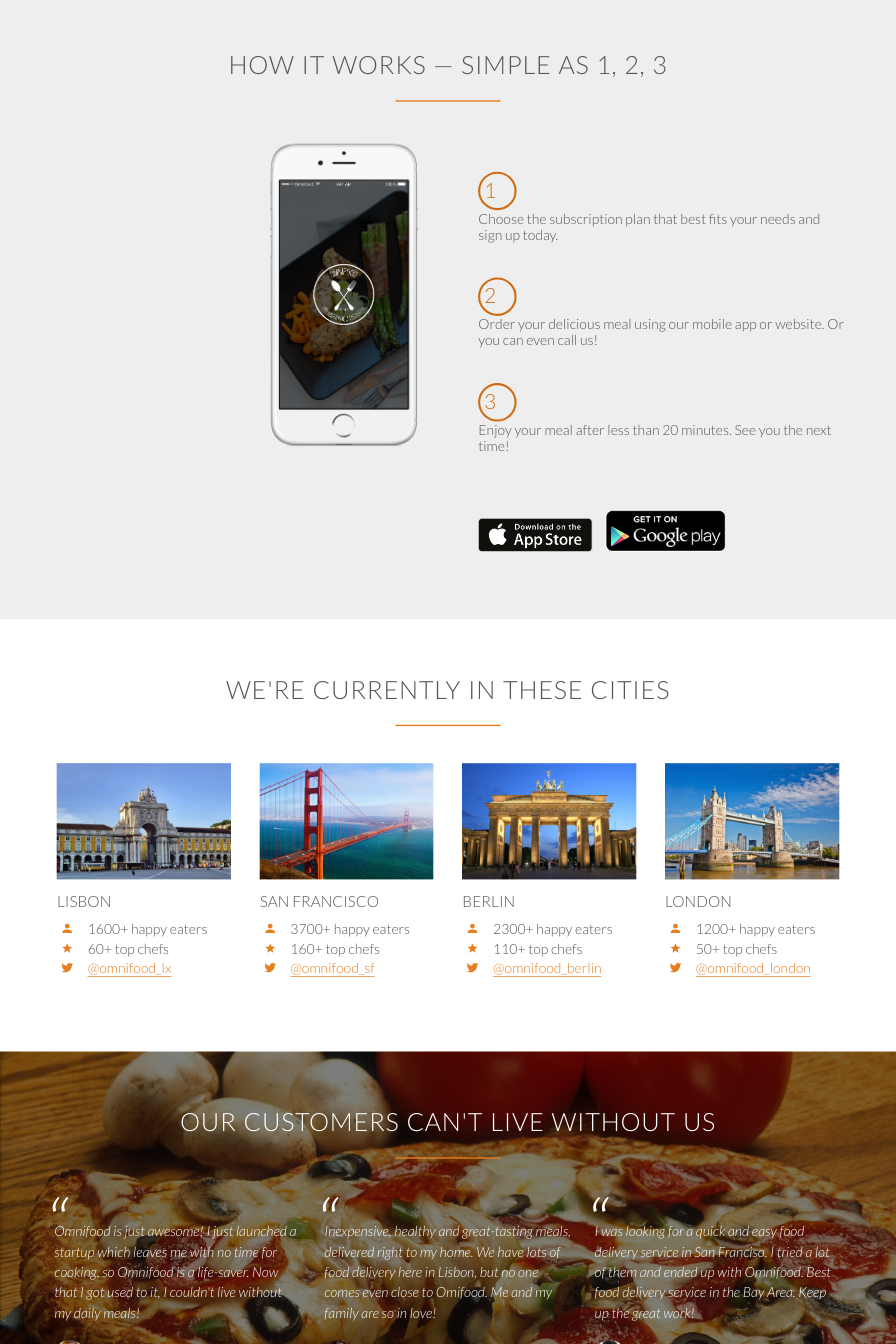
Repository: MagimbiJr/omnifoodClone
Page: index.html
An editor plug-in stored every save of this project. The page is shown before and after the next save, followed by the edit.
The browser window is 1280 px wide. The pictures show the part of the page from y = 1915 to 3835 px (the page is 4671 px tall before and 4520 px after), at 70% of full size.
Backgrounds fixed to the window are drawn as part of the page.

Above is the page before, as saved 2020-07-05 18:52:44.

### index.html
<!DOCTYPE html>
<html lang="en">

    <head>
        <link rel="stylesheet" type="text/css" href="Vendors/css/normalize.css">
        <link rel="stylesheet" type="text/css" href="Vendors/css/grid.css">
        <link rel="stylesheet" type="text/css" href="Resources/css/style.css">
        <link href="https://fonts.googleapis.com/css?family=Lato:100,300,300i,400&display=swap" rel="stylesheet">
        <title>Omnifood</title>
    </head>

    <body>

        <header>

            <nav>
                <div class="row">
                    <a href="#"><img class="logo" src="Resources/img/logo-white.png" alt="Omnifood"></a>
                    <ul class="main-nav">
                        <li><a href="#">Food delivery </a></li>
                        <li><a href="#">How it works</a></li>
                        <li><a href="#">Our cities </a></li>
                        <li><a href="#">Sign up</a></li>
                    </ul>
                </div>
            </nav>

            <div class="hero-text-box">
                <h1>Goodbye junk food.<br> Hello super healthy meals.</h1>
                <a class="btn btn-full" href="#">I’m hungry </a>
                <a class="btn btn-outline" href="#">Show me more </a>
            </div>
        </header>

        <section class="section-features">

            <div class="row">
                <h2>Get food fast &mdash; not fast food.</h2>
                <p class="long-copy">Hello, we’re Omnifood, your new premium food delivery service. We know you’re always busy. No time for cooking. So let us take care of that, we’re really good at it, we promise!</p>
            </div>
            <div class="row">
                <div class="col span-1-of-4 box">
                    <ion-icon name="infinite" class="icon-big"></ion-icon>
                    <h3>Up to 365 days/year</h3>
                    <p>Never cook again! We really mean that. Our subscription plans include up to 365 days/year coverage. You can also choose to order more flexibly if that's your style.</p>
                </div>
                <div class="col span-1-of-4 box">
                    <ion-icon name="stopwatch" class="icon-big"></ion-icon>
                    <h3>Ready in 20 minutes</h3>
                    <p>You're only twenty minutes away from your delicious and super healthy meals delivered right to your home. We work with the best chefs in each town to ensure that you're 100% happy.</p>
                </div>
                <div class="col span-1-of-4 box">
                    <ion-icon name="nutrition" class="icon-big"></ion-icon>
                    <h3>100% organic</h3>
                    <p>All our vegetables are fresh, organic and local. Animals are raised without added hormones or antibiotics. Good for your health, the environment, and it also tastes better!</p>
                </div>
                <div class="col span-1-of-4 box">
                    <ion-icon name="cart" class="icon-big"></ion-icon>
                    <h3>Order anything</h3>
                    <p>We don't limit your creativity, which means you can order whatever you feel like. You can also choose from our menu containing over 100 delicious meals. It's up to you!</p>
                </div>
            </div>

        </section>

        <section class="section-meals">
            <ul class="meals-showcase clearfix">
                <li>
                    <figure class="meal">
                        <img src="Resources/img/1.jpg" alt="Korean bibimbap with egg and vegetables">
                    </figure>
                </li>
                <li>
                    <figure class="meal">
                        <img src="Resources/img/2.jpg" alt="Simple italian pizza with cherry tomatoes">
                    </figure>
                </li>
                <li>
                    <figure class="meal">
                        <img src="Resources/img/3.jpg" alt="Chicken breast steak with vegetables ">
                    </figure>
                </li>
                <li>
                    <figure class="meal">
                        <img src="Resources/img/4.jpg" alt="Autumn pumpkin soup">
                    </figure>
                </li>
            </ul>
            <ul class="meals-showcase clearfix">
                <li>
                    <figure class="meal">
                         <img src="Resources/img/5.jpg" alt="Paleo beef steak with vegetables">
                    </figure>
               </li>
               <li>
                    <figure class="meal">
                         <img src="Resources/img/6.jpg" alt="Healthy baguette with egg and vegetables">
                    </figure>
                </li>
                <li>
                    <figure class="meal">
                        <img src="Resources/img/7.jpg" alt="Burger with cheddar and bacon">
                    </figure>
                </li>
                <li>
                    <figure class="meal">
                        <img src="Resources/img/8.jpg" alt="Granola with cherries and strawberries">
                    </figure>
                </li>
            </ul>
        </section>
        <section class="section-steps">
            <div class="row">
                <h2>How it works &mdash; Simple as 1, 2, 3</h2>
            </div>
            <div class="row">
                <div class="col span-1-of-2 step-box">
                    <img src="Resources/img/app-iPhone.png" alt="Omnifood app on iPhone" class="app-screen">
                </div>
                <div class="col span-1-of-2 step-box">
                    <div class="work-step">
                        <div>1</div>
                        <p>Choose the subscription plan that best fits your needs and sign up today.</p>
                    </div>
                    <div class="work-step">
                        <div>2</div>
                            <p>Order your delicious meal using our mobile app or website. Or you can even call us!</p>
                    </div>
                    <div class="work-step">
                        <div>3</div>
                        <p>Enjoy your meal after less than 20 minutes. See you the next time!</p>
                    </div>

                    <a href="#" class="btn-app"><img src="Resources/img/download-app-iPhone1.png" alt="App Store Button"></a>
                    <a href="#" class="btn-app"><img src="Resources/img/download-app-android.png" alt="App Store Button"></a>
                </div>
            </div>
        </section>
        <section class="section-cities">
            <div class="row">
                <h2>We're currently in these cities</h2>
            </div>
            <div class="row">
                <div class="col span-1-of-4 box">
                    <img src="Resources/img/lisbon-3.jpg" alt="Lisbon">
                    <h3>Lisbon</h3>
                    <div class="city-feature">
                        <ion-icon name="person" class="icon-small"></ion-icon>
                        1600+ happy eaters
                    </div>
                    <div class="city-feature">
                        <ion-icon name="star" class="icon-small"></ion-icon>
                        60+ top chefs
                    </div>
                    <div class="city-feature">
                        <ion-icon name="logo-twitter" class="icon-small"></ion-icon>
                        <a href="#" class="city-a">@omnifood_lx</a>
                    </div>
                </div>
                <div class="col span-1-of-4 box">
                    <img src="Resources/img/san-francisco.jpg" alt="san-francisco">
                    <h3>San Francisco</h3>
                    <div class="city-feature">
                        <ion-icon name="person" class="icon-small"></ion-icon>
                        3700+ happy eaters
                    </div>
                    <div class="city-feature">
                        <ion-icon name="star" class="icon-small"></ion-icon>
                        160+ top chefs
                    </div>
                    <div class="city-feature">
                        <ion-icon name="logo-twitter" class="icon-small"></ion-icon>
                        <a href="#" class="city-a">@omnifood_sf</a>
                    </div>
                </div>
                <div class="col span-1-of-4 box">
                    <img src="Resources/img/berlin.jpg" alt="Berlin">
                    <h3>Berlin</h3>
                    <div class="city-feature">
                        <ion-icon name="person" class="icon-small"></ion-icon>
                        2300+ happy eaters
                    </div>
                    <div class="city-feature">
                        <ion-icon name="star" class="icon-small"></ion-icon>
                        110+ top chefs
                    </div>
                    <div class="city-feature">
                        <ion-icon name="logo-twitter" class="icon-small"></ion-icon>
                        <a href="#" class="city-a">@omnifood_berlin</a>
                    </div>
                </div>
                <div class="col span-1-of-4 box">
                    <img src="Resources/img/london.jpg" alt="London">
                    <h3>London</h3>
                    <div class="city-feature">
                        <ion-icon name="person" class="icon-small"></ion-icon>
                        1200+ happy eaters
                    </div>
                    <div class="city-feature">
                        <ion-icon name="star" class="icon-small"></ion-icon>
                        50+ top chefs
                    </div>
                    <div class="city-feature">
                        <ion-icon name="logo-twitter" class="icon-small"></ion-icon>
                        <a href="#" class="city-a">@omnifood_london</a>
                    </div>
                </div>
            </div>
        </section>
        <section class="section-testimonials">
            <div class="row">
                <h2>Our customers can't live without us</h2>
            </div>
            <div class="row">
                <div class="col span-1-of-3">
                    <blockquote>
                        Omnifood is just awesome! I just launched a startup which leaves me with no time for cooking, so Omnifood is a life-saver. Now that I got used to it, I couldn't live without my daily meals!
                        <cite>
                            <img src="Resources/img/customer-1.jpg" alt="Alberto Duncan">
                            Alberto Duncan
                        </cite>
                    </blockquote>
                </div>
                <div class="col span-1-of-3">
                    <blockquote>
                        Inexpensive, healthy and great-tasting meals, delivered right to my home. We have lots of food delivery here in Lisbon, but no one comes even close to Omifood. Me and my family are so in love!
                        <cite>
                            <img src="Resources/img/customer-2.jpg" alt="Joana Silva">
                            Joana Silva
                        </cite>
                    </blockquote>
                </div>
                <div class="col span-1-of-3">
                    <blockquote>
                        I was looking for a quick and easy food delivery service in San Franciso. I tried a lot of them and ended up with Omnifood. Best food delivery service in the Bay Area. Keep up the great work!
                        <cite>
                            <img src="Resources/img/customer-3.jpg" alt="Milton Chapman">
                            Milton Chapman
                        </cite>
                    </blockquote>
                </div>
            </div>
        </section>
        <section class="section-plans">
            <div class="row">
                <h2>Start eating healthy today</h2>
            </div>
            <div class="row">
                <div class="col span-1-of-3">
                    <div class="plan-box">
                        <div>
                            <h3>Premium</h3>
                            <p class="plan-price">399$ <span>/ month</span></p>
                            <p class="plan-price-meal">That’s only 13.30$ per meal</p>
                        </div>
                        <div>
                            <ul>
                                <li><ion-icon name="checkmark" class="icon-small"></ion-icon>1 meal every day</li>
                                <li><ion-icon name="checkmark" class="icon-small"></ion-icon>Order 24/7</li>
                                <li><ion-icon name="checkmark" class="icon-small"></ion-icon>Access to newest creations</li>
                                <li><ion-icon name="checkmark" class="icon-small"></ion-icon>Free delivery</li>
                            </ul>
                        </div>
                        <a href="#" class="btn btn-full plan-btn">Sign up now</a>
                    </div>
                </div>
                <div class="col span-1-of-3">
                    <div class="plan-box">
                        <div>
                            <h3>Pro</h3>
                            <p class="plan-price">149$ <span>/ month</span></p>
                            <p class="plan-price-meal">That’s only 14.90$ per meal</p>
                        </div>
                        <div>
                            <ul>
                                <li><ion-icon name="checkmark" class="icon-small"></ion-icon>1 meal 10 days/month</li>
                                <li><ion-icon name="checkmark" class="icon-small"></ion-icon>Order 24/7</li>
                                <li><ion-icon name="checkmark" class="icon-small"></ion-icon>Access to newest creations</li>
                                <li><ion-icon name="checkmark" class="icon-small"></ion-icon>Free delivery</li>
                            </ul>
                        </div>
                        <a href="#" class="btn btn-outline plan-btn">Sign up now</a>
                    </div>
                </div>
                <div class="col span-1-of-3">
                    <div class="plan-box">
                        <div>
                            <h3>Starter</h3>
                            <p class="plan-price">19$ <span>/ month</span></p>
                            <p class="plan-price-meal">&nbsp</p>
                        </div>
                        <div>
                            <ul>
                                <li><ion-icon name="checkmark" class="icon-small"></ion-icon>1 meal</li>
                                <li><ion-icon name="checkmark" class="icon-small"></ion-icon>Order from 8 am to 12 pm</li>
                                <li><ion-icon name="close" class="icon-small"></ion-icon></li>
                                <li><ion-icon name="checkmark" class="icon-small"></ion-icon>Free delivery</li>
                            </ul>
                        </div>
                        <a href="#" class="btn btn-outline plan-btn">Sign up now</a>
                    </div>
                </div>
            </div>
        </section>

        <script src="https://unpkg.com/ionicons@4.5.5/dist/ionicons.js"></script>
    </body>
</html>

### Resources/css/style.css
/* -------------------------------------------------------- */
/* BASIC SETUP */
/* -------------------------------------------------------- */


* {
    margin: 0;
    padding: 0;
    box-sizing: border-box;
}

html {
    font-family: 'lato', 'Arial', 'sans-serif';
    font-weight: 300;
    font-size: 20px;
    color: #555;
    text-rendering: optimizeLegibility;
}

.clearfix {zoom: 1;}
.clearfix::after {
    content: '.';
    clear: both;
    display: block;
    height: 0;
    visibility: hidden;
}


/* -------------------------------------------------------- */
/* USABLE STYLES */
/* -------------------------------------------------------- */


.row {
    max-width: 1140px;
    margin: 0 auto;
}

section {
    padding: 80px 0;
}


.hero-text-box {
    position: absolute;
    width: 1140px;
    top: 50%;
    left: 50%;
    transform: translate(-50%, -50%);
}

h1,
h2,
h3 {
    font-weight: 300;
    text-transform: uppercase;
}

h1 {
    margin-top: 0;
    margin-bottom: 20px;
    color: #fff;
    font-size: 240%;
    word-spacing: 3px;
    letter-spacing: 1px;

}

h2 {
    font-size: 180%;
    word-spacing: 2px;
    text-align: center;
    margin-bottom: 30px;
    letter-spacing: 1px;

}

h3 {
    font-size: 110%;
    margin-bottom: 15px;
}

h2:after {
    display: block;
    height: 2px;
    background-color: #e67e22;
    content: " ";
    width: 150px;
    margin: 0 auto;
    margin-top: 30px;
}


/* -------------------------------------------------------- */
/* links */
/* -------------------------------------------------------*/

.city-a,
.city-aa:visited {
    text-decoration: none;
    color: #e67e22;
    border-bottom: 1px solid #e67e22;
    transition: border-bottom 0.2s, color 0.2s;
}

.city-a:hover,
.city-a:active {
    color: #555;
    border-bottom: 1px solid transparent;
}



/* -------------------------------------------------------- */
/* buttons */
/* -------------------------------------------------------*/


.btn {
    display: inline-block;
    padding: 10px 30px;
    font-weight: 300;
    text-decoration: none;
    color: #fff;
}

.btn-full {
    background-color: #e67e22;
    border: 2px solid #e67e22;
    border-radius: 20px;
    color: #fff;
}

.btn-outline {
    border: 2px solid #e67e22;
    border-radius: 20px;
    color: #e67e22;
}

.btn:hover {
    background-color: #cf6d17;
    border: 2px solid #cf6d17;
    transition: .4s;
}

.btn-outline:hover {
    color: #fff;
}

.box {
    padding: 1%;
}


/* -------------------------------------------------------- */
/* PARAGRAPHS */
/* -------------------------------------------------------- */

.long-copy {
    line-height: 145%;
    width: 70%;
    margin-left: 15%;
}

.box p {
    font-size: 90%;
    line-height: 145%;
}


/* -------------------------------------------------------- */
/* icons */
/* -------------------------------------------------------*/

.icon-big {
    font-size: 350%;
    display: block;
    color: #e67e22;
    margin-bottom: 10px;
}

.icon-small {
    display: inline-block;
    width: 30px;
    text-align: center;
    color: #e67e22;
    font-size: 120%;
    margin-right: 10px;
    line-height: 120%;
    vertical-align: middle;
    margin-top: -5px;
}


/* -------------------------------------------------------- */
/* HEADER STYLES */
/* -------------------------------------------------------- */


header {
    background-image: linear-gradient(rgba(0, 0, 0, 0.514), rgba(0, 0, 0, 0.514)), url(img/hero.jpg);
    height: 100vh;
    background-size: cover;
    background-position: center;
    background-attachment: fixed;
}

.logo {
    height: 90px;
    width: auto;
    float: left;
    margin-top: 30px;
}

.main-nav {
    float: right;
    list-style: none;
    margin-top: 55px;
}

.main-nav li {
    display: inline-block;
    margin-left: 30px;
}

.main-nav li a {
    padding: 8px 0;
    color: #fff;
    text-decoration: none;
    text-transform: uppercase;
    font-size: 90%;
    border: 0;
}

.main-nav li a:hover,
.main-nav li a:active {
    border-bottom: 2px solid #e67e22;
    transition: .3s;
}


/* -------------------------------------------------------- */
/* HEADER STYLES */
/* -------------------------------------------------------- */

.section-features .long-copy {
    margin-bottom: 30px;
}


/* -------------------------------------------------------- */
/*MEAL STYLES*/
/* -------------------------------------------------------- */

.section-meals {
    padding: 0;
}
.meals-showcase {
    list-style: none;
    width: 100%;
}

.meals-showcase li {
    display: block;
    float: left;
    width: 25%;
}

.meal {
    width: 100%;
    margin: 0;
    overflow: hidden;
    background-color: #000;
}

.meal img {
    opacity: 0.6;
    width: 100%;
    height: auto;
    transform: scale(1.15);
    transition: transform 0.5s, opacity 0.5s;
}

.meal img:hover {
    opacity: 1;
    transform: scale(1.04);
}

/* -------------------------------------------------------- */
/*HOW IT WORKS*/
/* -------------------------------------------------------- */

.section-steps {
    background: rgb(238, 238, 238);
}
.step-box {
    margin-top: 30px;
}

.step-box:first-child {
    text-align: right;
    padding-right: 3%;
    margin-top: 30px;
}

.step-box:last-child {
    padding-left: 3%;
    margin-top: 70px;
}

.app-screen {
    width: 40%
}

.work-step {
    margin-bottom: 50px;
}

.work-step:last-of-type {
    margin-bottom: 80px
}

.work-step div {
    color: #cf6d17;
    border: 3px solid #cf6d17;
    display: flex;
    height: 55px;
    width: 55px;
    text-align: center;
    padding: 5px;
    border-radius: 50%;
    font-size: 150%;
    /* float: left; */
    margin-right: 30px
}

.btn-app img {
    height: 60px;
    width: auto;
    margin-right: 15px;
}

.btn-app,
.btn-app:visited {
    border: 0;
}

/* -------------------------------------------------------- */
/*CITIES SECTION*/
/* -------------------------------------------------------- */

.box img {
    width: 100%;
    height: auto;
    margin-bottom: 15px;
}

.city-feature {
    margin-bottom: 5px;
}

/* -------------------------------------------------------- */
/*TESTIMONIALS*/
/* -------------------------------------------------------- */

.section-testimonials {
    background: linear-gradient(rgba(0, 0, 0, 0.514), rgba(0, 0, 0, 0.514)), url('img/back-customers.jpg');
    background-size: cover;
    color: #fff;
    background-attachment: fixed;
}

blockquote {
    padding: 2%;
    font-style: italic;
    line-height: 145%;
    position: relative;
    margin-top: 40px;
}

blockquote::before {
    content: "\201C";
    font-size: 500%;
    display: block;
    position: absolute;
    top: -5px;
    left: -5px;
}

cite {
    font-size: 90%;
    margin-top: 25px;
    display: block;
}

cite img {
    height: 45px;
    border-radius: 50%;
    margin-right: 10px;
    vertical-align: middle;
}

/* -------------------------------------------------------- */
/*SIGN UP SECTION*/
/* -------------------------------------------------------- */

.section-plans {
    background: rgb(238, 238, 238);
}

.plan-box {
    background: #fff;
    border-radius: 5px;
    width: 90%;
    margin-left: 5%;
    box-shadow: 0 3px 3px rgb(131, 131, 131);
}

.plan-box div {
    padding: 15px;
    border-bottom: 1px solid rgb(202, 202, 202);
}

.plan-box div:first-child {
    border-top-left-radius: 5px;
    border-top-right-radius: 5px;
}

.plan-box .plan-btn {
    margin: 5% 23%;
}

.plan-price {
    font-size: 300%;
    margin-bottom: 10px;
    font-weight: 100;
    color: #e67e22;
}

.plan-price span {
    font-size: 30%;
    font-weight: 300;
}

.plan-price-meal {
    font-size: 80%;
}

.plan-box ul {
    list-style: none;
}

.plan-box ul li {
    padding: 5px 0;
}

Loaded but not shown: Vendors/css/normalize.css (library); Vendors/css/grid.css (library)

After the next save:
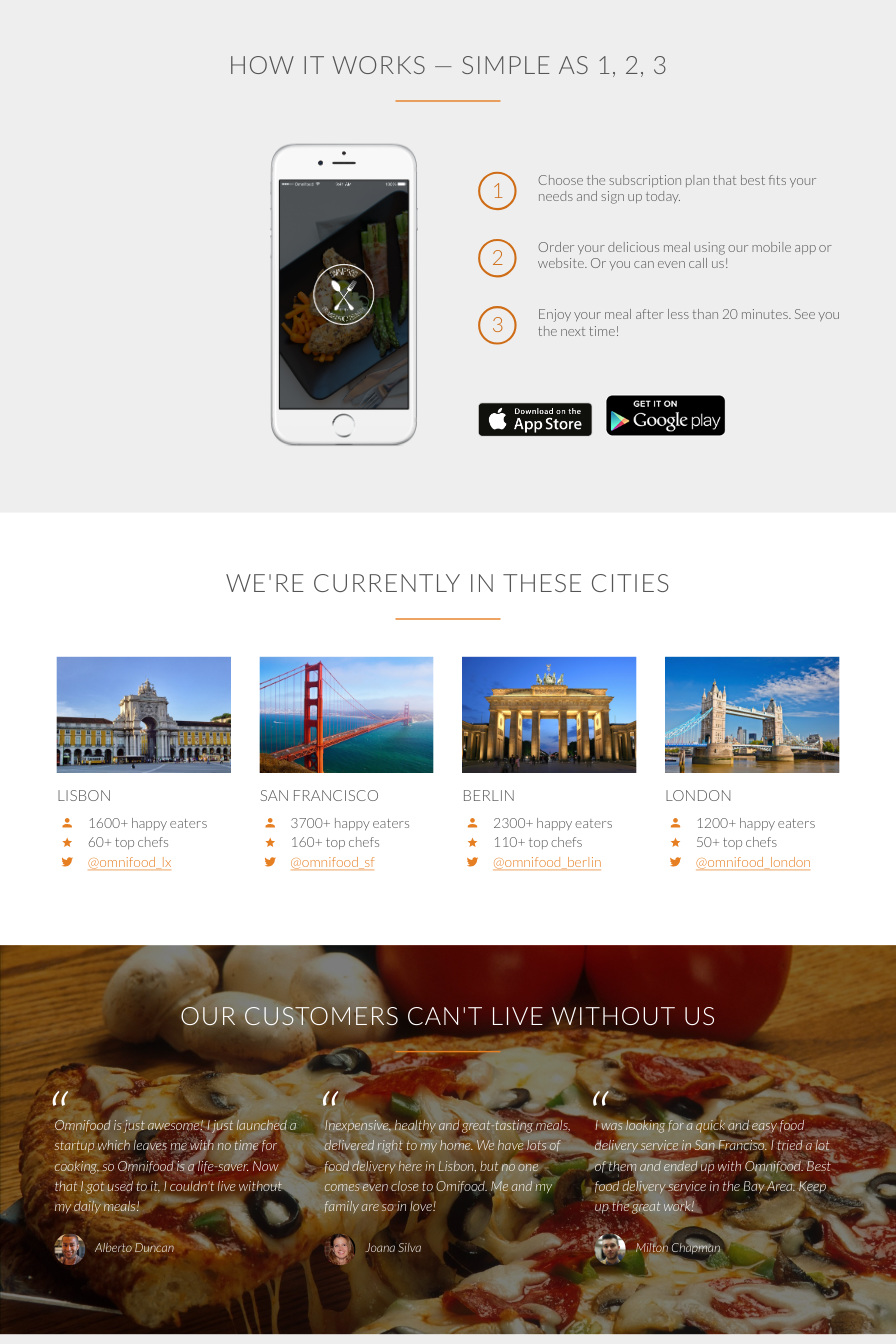
Saved 8 s later.
--- a/Resources/css/style.css
+++ b/Resources/css/style.css
@@ -324,14 +324,14 @@ header {
 .work-step div {
     color: #cf6d17;
     border: 3px solid #cf6d17;
-    display: flex;
+    display: inline-block;
     height: 55px;
     width: 55px;
     text-align: center;
     padding: 5px;
     border-radius: 50%;
     font-size: 150%;
-    /* float: left; */
+    float: left;
     margin-right: 30px
 }
 
